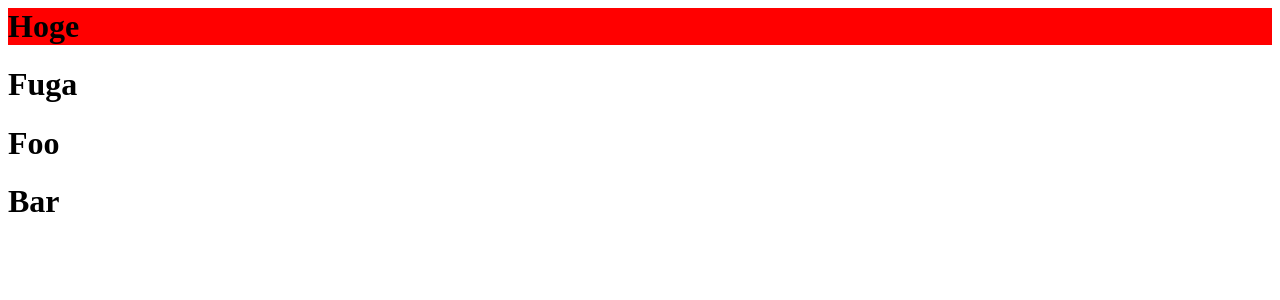
Repository: iwamani/samurai_HTML-CSS
Page: index2.html
The author's editor kept a record of every edit. The page is drawn from the files as they stood at one moment, then again after the next edit.
The browser window is 1280 px wide. The pictures show the whole page.

Above is the page before.

After the next edit:
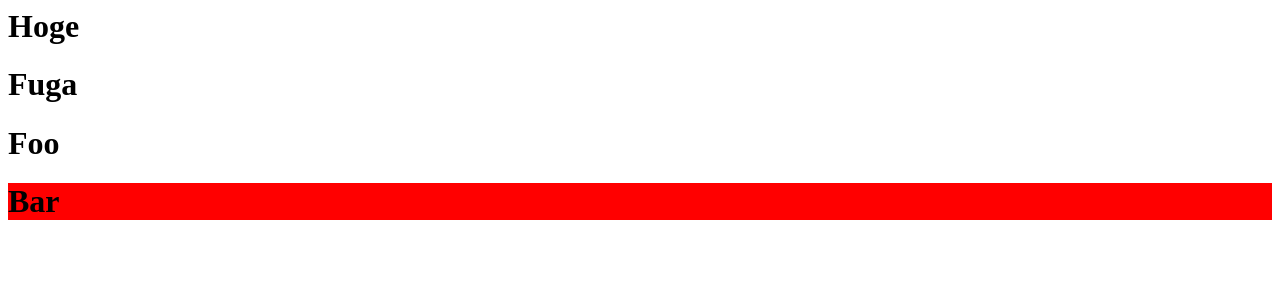
The edit:
--- a/index2.html
+++ b/index2.html
@@ -41,7 +41,8 @@
 <html lang="ja">
     <head>
         <style>
-            h1:first-child {
+            /*最後のh1タグに対してのみスタイルを適用*/
+            h1:last-child {
                 background-color: red;
             }
         </style>
